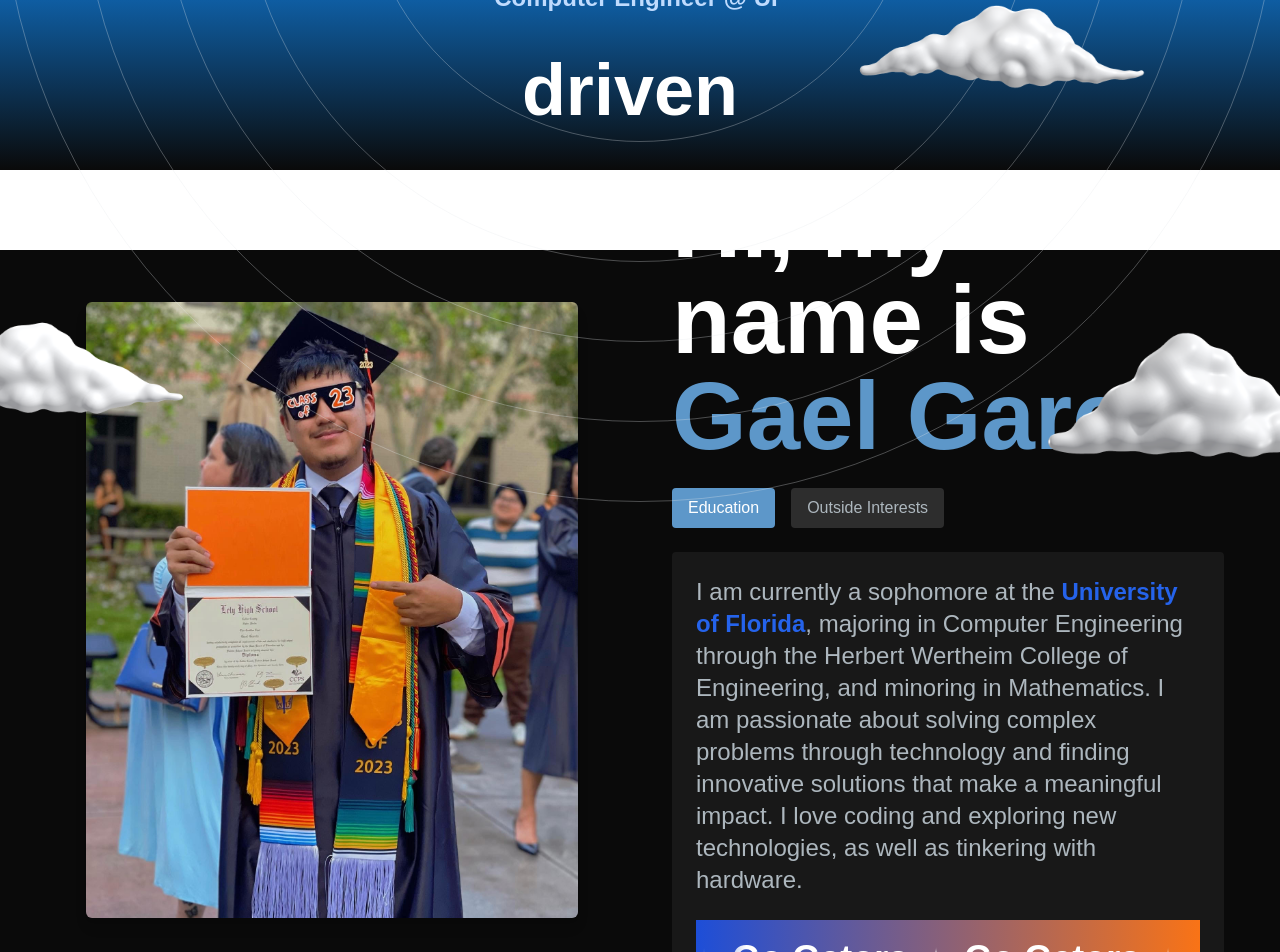
Repository: GG1627/2d-portfolio
Page: /
The author's editor kept a copy of each file at every save. The page is drawn from the files as they stood at one save, then again after the next save.
The browser window is 1280 px wide. The pictures show the part of the page from y = 550 to 1502 px (the page is 5640 px tall).
The project was rebuilt for these pictures with package versions that can differ from the ones it lists, and the page was loaded fresh each time. The framework's server and built-in components were replaced by stand-ins that run in the browser. Also part of the build but not shown: next.config.ts.

Above is the page before, as saved 2025-01-08 13:22:52.

### app/page.tsx
import { Hero } from "./sections/Hero";
import { Stack } from "./sections/Stack";
import { Projects } from "./sections/Projects";
import { Navbar } from "./sections/Navbar";
import About from "./sections/About";
import { Contact } from "./sections/Contact";

export default function Home() {
  return (
    <div>
      <Navbar />
      <Hero />
      <About />
      <Projects />
      <Stack />
      <Contact />
    </div>
  );
}

### app/globals.css
@tailwind base;
@tailwind components;
@tailwind utilities;

:root {
  --background: #ffffff;
  --foreground: #171717;
}

@media (prefers-color-scheme: dark) {
  :root {
    --background: #0a0a0a;
    --foreground: #ededed;
  }
}

body {
  color: var(--foreground);
  background: var(--background);
  font-family: Arial, Helvetica, sans-serif;
}

/* Custom Animation for Sliding Text */
@keyframes move-left {
  0% {
    transform: translateX(0%);
  }
  100% {
    transform: translateX(-50%);
  }
}

.animate-slide-left {
  animation: move-left 10s linear infinite;
}

### app/sections/Hero.tsx
"use client";
import Image from "next/image";
import { TypeAnimation } from "react-type-animation";
import React from "react";
import ParallaxClouds from "../components/Clouds";
import Avatar from "./../assets/avatar.png";

export const Hero = () => {
  return (
    <div
      style={{
        background:
          "linear-gradient(180deg, #557BAD, #8BAAC4, #5D97C9, #0F62AB, #0a0a0a)",
      }}
      className="overflow-x-clip min-h-screen pb-2 flex items-center justify-center relative"
    >
      <div className="container mx-auto space-y-10 flex items-center justify-center flex-col text-center">
        <div className="w-[320px] h-[320px] rounded-full overflow-hidden bg-slate-200">
          <Image
            src={Avatar}
            alt="avatar"
            className="object-cover"
            width={320}
            height={320}
          />
        </div>
        <h1 className="text-blue-200 font-extrabold text-8xl">Hi, I'm Gael!</h1>
        <p className="text-blue-200 text-2xl font-semibold max-w-[500px]">
          Computer Engineer @ UF
        </p>
        <TypeAnimation
          className="text-7xl text-white inline-block font-extrabold"
          wrapper="h1"
          cursor={true}
          repeat={Infinity}
          sequence={[
            "leader",
            1000,
            "creative",
            1000,
            "passionate",
            1000,
            "driven",
            1000,
            "adaptable",
            1000,
            "ambitious",
            1000,
          ]}
        />
        <ParallaxClouds />
      </div>
    </div>
  );
};

### app/sections/Stack.tsx
"use client";
import React, { useEffect } from "react";
import {
  SiReact,
  SiNodedotjs,
  SiCplusplus,
  SiPython,
  SiThreedotjs,
  SiNextdotjs,
  SiFirebase,
  SiRedux,
  SiJavascript,
  SiTypescript,
} from "react-icons/si";
import { motion, useAnimation } from "framer-motion";
import { useInView } from "react-intersection-observer";

const stackItems = [
  {
    id: 1,
    name: "C++",
    icon: <SiCplusplus size={100} />,
    color: "text-sky-400",
  },
  {
    id: 2,
    name: "Python",
    icon: <SiPython size={100} />,
    color: "text-sky-400",
  },
  {
    id: 3,
    name: "JavaScript",
    icon: <SiJavascript size={100} />,
    color: "text-sky-400",
  },
  {
    id: 4,
    name: "TypeScript",
    icon: <SiTypescript size={100} />,
    color: "text-sky-400",
  },
  {
    id: 5,
    name: "React",
    icon: <SiReact size={100} />,
    color: "text-sky-400",
  },
  {
    id: 6,
    name: "Node.js",
    icon: <SiNodedotjs size={100} />,
    color: "text-sky-400",
  },
  {
    id: 7,
    name: "Three.js",
    icon: <SiThreedotjs size={100} />,
    color: "text-sky-400",
  },
  {
    id: 8,
    name: "Next.js",
    icon: <SiNextdotjs size={100} />,
    color: "text-sky-400",
  },
  {
    id: 9,
    name: "Firebase",
    icon: <SiFirebase size={100} />,
    color: "text-sky-400",
  },
  {
    id: 10,
    name: "Redux",
    icon: <SiRedux size={100} />,
    color: "text-sky-400",
  },
];

const itemVariants = {
  hidden: (index: number) => ({
    opacity: 0,
    x: index % 2 === 0 ? -100 : 100,
  }),
  visible: {
    opacity: 1,
    x: 0,
    transition: {
      duration: 3,
    },
  },
};

export const Stack = () => {
  const controls = useAnimation();
  const [ref, inView] = useInView({
    threshold: 0.1,
  });

  useEffect(() => {
    if (inView) {
      controls.start("visible");
    } else {
      controls.start("hidden");
    }
  }, [controls, inView]);

  return (
    <section className="">
      <div className=" max-w-[250px] mx-auto text-center">
        <h2 className="text-7xl text-gray-200 font-bold mb-10">My Stack</h2>
        <div className="grid gap-8" ref={ref}>
          {stackItems.map((item, index) => (
            <motion.div
              key={item.id}
              custom={index}
              initial="hidden"
              animate={controls}
              variants={itemVariants}
              className="bg-white/10 flex justify-center items-center flex-row rounded-xl shadow-lg p-4 hover:shadow-2xl"
            >
              <div className={`mb-4 ${item.color}`}>{item.icon}</div>
              <p className="text-white/20 text-3xl transform rotate-[-90deg]">
                {item.name}
              </p>
            </motion.div>
          ))}
        </div>
      </div>
    </section>
  );
};

### app/sections/Projects.tsx
import React from "react";
import ProjectCard from "../components/ProjectCard";

const projectsData = [
  {
    id: 1,
    title: "3D Portfolio",
    description:
      "An immersive, fully interactive 3D portfolio that seamlessly integrates 2D elements, providing a dynamic and engaging experience for users to explore the app in a visually compelling environment.",
    image: "images/netflix.png",
    tag: ["All", "Web"],
    gitUrl: "/",
    previewUrl: "/",
    tools: [
      "TypeScript",
      "React",
      "React-Three-Fiber",
      "Three.js",
      "GSAP",
      "HTML",
      "CSS",
    ],
  },
  {
    id: 2,
    title: "2D Portfolio",
    description:
      "A dynamic portfolio featuring engaging animations, designed to serve as a 2D component within my 3D portfolio project.",
    image: "images/netflix.png",
    tag: ["All", "Web"],
    gitUrl: "/",
    previewUrl: "/",
    tools: [
      "TypeScript",
      "React",
      "Next.js",
      "Framer Motion",
      "Parallax",
      "HTML",
      "Tailwind CSS",
      "Vercel",
    ],
  },
  {
    id: 3,
    title: "Netflix Clone",
    description:
      "Developed a fully functional Netflix clone with user authentication, movie browsing, subscription management, and recurring payments, delivering an immersive streaming experience.",
    image: "images/netflix.png",
    tag: ["All", "Web"],
    gitUrl: "https://github.com/GG1627/Netflix-clone",
    previewUrl: "https://movieappv2-8361c.web.app/",
    tools: [
      "JavaScript",
      "React",
      "Redux",
      "Firebase",
      "Stripe",
      "API",
      "HTML",
      "CSS",
    ],
  },
  {
    id: 4,
    title: "Game Twin",
    description:
      "Developed a web application that uses Quick Sort and Cocktail Sort algorithms to provide personalized video game recommendations based on parameters such as Metacritic ratings and achievements, leveraging a dataset of over 470,000 games.",
    image: "images/gameTwin.png",
    tag: ["All", "Web"],
    gitUrl: "https://github.com/GG1627/Game-Twin",
    previewUrl: "https://game-twin.onrender.com/",
    tools: ["C++", "Python", "Django", "Flask", "HTML", "CSS"],
  },
  {
    id: 5,
    title: "Manim Data Structures",
    description:
      "Collaborating on an open-source project to develop a Python plugin with the Manim library for animating and visualizing data structures, enhancing the understanding of complex algorithms.",
    image: "images/manim.png",
    tag: ["All", "Web"],
    gitUrl: "https://github.com/ufosc/manim-data-structures",
    previewUrl: "",
    tools: ["Python", "Manim", "Mobjects"],
  },
  {
    id: 6,
    title: "Minesweeper",
    description:
      "Recreated the classic Minesweeper game with full functionality, including a timer, mine count, flag placement, and leaderboard, offering an engaging and complete user experience.",
    image: "images/minesweeper.png",
    tag: ["All", "Web"],
    gitUrl: "https://github.com/GG1627/MineSweeper",
    previewUrl: "",
    tools: ["C++", "SFML", "Chronos"],
  },
];

export const Projects = () => {
  return (
    <>
      <h2 className="text-center text-6xl font-bold text-[#5D97C9] mt-4 mb-10">
        My Projects
      </h2>
      <div className="grid md:grid-cols-3 gap-8 md:gap-12 px-10">
        {projectsData.map((project) => (
          <ProjectCard
            key={project.id}
            title={project.title}
            description={project.description}
            imgUrl={project.image}
            gitUrl={project.gitUrl}
            previewUrl={project.previewUrl}
            tools={project.tools}
          />
        ))}
      </div>
    </>
  );
};

### app/sections/Navbar.tsx
"use client";
import React, { useState } from "react";
import { AiOutlineMenu, AiOutlineClose } from "react-icons/ai";
import { motion } from "framer-motion";

const navLinks = [
  { title: "About", path: "#about" },
  { title: "Projects", path: "#Projects" },
  { title: "Stack", path: "#Stack" },
  { title: "Contact", path: "#Contact" },
];

export const Navbar = () => {
  const [nav, setNav] = useState(false);

  const toggleNav = () => {
    setNav(!nav);
  };

  const closeNav = () => {
    setNav(false);
  };

  const menuVariants = {
    open: {
      x: 0,
      transition: {
        stiffness: 20,
        damping: 15,
      },
    },
    close: {
      x: "-100%",
      transition: {
        stiffness: 20,
        damping: 15,
      },
    },
  };

  return (
    <div className="z-50 fixed left-[40%] text-white font-bold">
      <div className="border border-white/20 mt-12 backdrop-blur-xl rounded-3xl hidden md:flex items-center justify-center p-2 max-w-[400px] mx-auto">
        <ul className="flex flex-row p-2 space-x-8">
          {navLinks.map((link, index) => (
            <li key={index}>
              <a
                href={link.path}
                className="transform hover:skew-x-12 hover:text-white/50 transition-all duration-300 ease-in-out"
              >
                {link.title}
              </a>
            </li>
          ))}
        </ul>
      </div>

      <div
        onClick={toggleNav}
        className="z-50 md:hidden absolute top-5 left-5 border rounded text-white/70 border-white/70 p-2"
      >
        {nav ? <AiOutlineClose size={30} /> : <AiOutlineMenu size={30} />}
      </div>

      <motion.div
        initial={false}
        animate={nav ? "open" : "closed"}
        variants={menuVariants}
        className="fixed left-0 top-0 w-full h-full bg-black/90 hidden md:hidden"
      >
        <ul className="flex flex-col items-center justify-center space-y-8 h-full">
          {navLinks.map((link, index) => (
            <li key={index}>
              <a href={link.path} onClick={closeNav} className="text-5xl">
                {link.title}
              </a>
            </li>
          ))}
        </ul>
      </motion.div>
    </div>
  );
};

### app/sections/About.tsx
"use client";
import React, { Fragment, useState } from "react";
import StarIcon from "../assets/star.svg";

const About: React.FC = () => {
  const slidingText = [
    "Go Gators",
    "Go Gators",
    "Go Gators",
    "Go Gators",
    "Go Gators",
    "Go Gators",
    "Go Gators",
  ];

  const [activeTab, setActiveTab] = useState<"education" | "interests">(
    "education"
  );

  const handleTabClick = (tab: "education" | "interests") => {
    setActiveTab(tab);
  };

  return (
    <div className="h-screen flex flex-col md:flex-row p-6 bg-[#0a0a0a] text-white mt-20">
      {/* Left Section: Profile Picture */}
      <div className="flex-grow md:flex-grow-0 md:basis-1/2 flex items-center justify-center">
        <img
          src="/images/pic.jpg"
          alt="Gael's Picture"
          className="w-[90%] h-auto md:w-[80%] md:h-auto rounded-md object-cover shadow-lg"
        />
      </div>

      {/* Right Section: Content */}
      <div className="flex-grow md:basis-1/2 flex flex-col justify-center items-start p-8">
        {/* Greeting */}
        <h1 className="text-8xl font-bold mb-6">
          Hi, my name is
          <span className="text-[#5D97C9]"> Gael Garcia</span>
        </h1>

        {/* Tabs */}
        <div className="flex space-x-4 mb-6 ">
          <button
            className={`px-4 py-2 rounded ${
              activeTab === "education"
                ? "bg-[#5D97C9] text-white"
                : "bg-[#2D2D2D] text-[#ADB7BE]"
            }`}
            onClick={() => handleTabClick("education")}
          >
            Education
          </button>
          <button
            className={`px-4 py-2 rounded ${
              activeTab === "interests"
                ? "bg-[#5D97C9] text-white"
                : "bg-[#2D2D2D] text-[#ADB7BE]"
            }`}
            onClick={() => handleTabClick("interests")}
          >
            Outside Interests
          </button>
        </div>

        {/* Tab Content */}
        <div className="p-6 rounded bg-[#181818] w-full">
          {activeTab === "education" ? (
            <div>
              <p className="text-[#ADB7BE] text-2xl">
                I am currently a sophomore at the{" "}
                <span className="text-blue-600 font-semibold">
                  University of Florida
                </span>
                , majoring in Computer Engineering through the Herbert Wertheim
                College of Engineering, and minoring in Mathematics. I am
                passionate about solving complex problems through technology and
                finding innovative solutions that make a meaningful impact. I
                love coding and exploring new technologies, as well as tinkering
                with hardware.
              </p>

              <div className="py-6">
                <div className="bg-gradient-to-r from-blue-700 to-orange-500 overflow-x-clip">
                  <div
                    className="flex"
                    style={{
                      WebkitMaskImage:
                        "linear-gradient(to right, transparent, black 10%, black 90%, transparent)",
                      maskImage:
                        "linear-gradient(to right, transparent, black 10%, black 90%, transparent)",
                    }}
                  >
                    <div className="flex-none py-4 animate-move-left">
                      {[...new Array(2)].fill(0).map((_, idx) => (
                        <Fragment key={idx}>
                          {slidingText.map((text, index) => (
                            <div
                              key={index}
                              className="inline-flex items-center justify-center"
                            >
                              <span
                                key={index}
                                className="text-white font-semibold text-4xl leading-tight"
                              >
                                {text}
                              </span>
                              <StarIcon className="size-6 text-white ml-4 mr-4" />
                            </div>
                          ))}
                        </Fragment>
                      ))}
                    </div>
                  </div>
                </div>
              </div>
            </div>
          ) : (
            <div>
              <p className="text-[#ADB7BE] text-xl">
                Outside of my studies, I enjoy playing pickleball, eating tacos,
                and watching soccer. Music is a big part of my life, and I love
                discovering new songs and artists that match my mood. Spending
                quality time with friends and family is also something I deeply
                value, whether it's sharing a meal, watching a game, or just
                catching up on life.
              </p>
            </div>
          )}
        </div>
      </div>
    </div>
  );
};

export default About;

### app/sections/Contact.tsx
export const Contact = () => {
  return <div className="w-full h-screen">Contact</div>;
};

### app/components/ProjectCard.tsx
"use client";
import React from "react";
import { CodeBracketIcon, EyeIcon } from "@heroicons/react/24/outline";
import Link from "next/link";

interface ProjectCardProps {
  imgUrl: string;
  title: string;
  description: string;
  gitUrl: string;
  previewUrl: string;
  tools: string[]; // tools as an array of strings
}

const ProjectCard: React.FC<ProjectCardProps> = ({
  imgUrl,
  title,
  description,
  gitUrl,
  previewUrl,
  tools,
}) => {
  return (
    <div>
      <div
        className="h-52 md:h-72 rounded-t-xl relative group"
        style={{ background: `url(${imgUrl})`, backgroundSize: "cover" }}
      >
        <div className="overlay items-center justify-center absolute top-0 left-0 w-full h-full bg-[#181818] bg-opacity-0 hidden group-hover:flex group-hover:bg-opacity-80 transition-all duration-500">
          <Link
            href={gitUrl}
            className="h-14 mr-2 w-14 border-2 relative rounded-full border-[#ADB7BE] hover:border-white group/link"
          >
            <CodeBracketIcon className="h-10 w-10 text-[#ADB7BE] absolute top-1/2 left-1/2 transform -translate-x-1/2 -translate-y-1/2 cursor-pointer group-hover/link:text-white" />
          </Link>
          {previewUrl && (
            <Link
              href={previewUrl}
              className="h-14 w-14 border-2 relative rounded-full border-[#ADB7BE] hover:border-white group/link"
            >
              <EyeIcon className="h-10 w-10 text-[#ADB7BE] absolute top-1/2 left-1/2 transform -translate-x-1/2 -translate-y-1/2 cursor-pointer group-hover/link:text-white" />
            </Link>
          )}
        </div>
      </div>
      <div className="text-white rounded-b-xl mt-2 bg-[#0a0a0a] py-6 px-4">
        <h5 className="text-xl font-semibold mb-2 text-[#5D97C9]">{title}</h5>
        <p className="text-[#ADB7BE]">{description}</p>
        {/* Tools section */}
        <div className="mt-4">
          <h6 className="text-[#ADB7BE] font-semibold mb-2">Tools Used:</h6>
          <div className="flex flex-wrap gap-2">
            {tools.map((tool, index) => (
              <span
                key={index}
                className="bg-[#5D97C9] bg-opacity-[10%] text-[#5D97C9] px-4 py-1 rounded-full text-sm"
              >
                {tool}
              </span>
            ))}
          </div>
        </div>
      </div>
    </div>
  );
};

export default ProjectCard;

### app/components/Circles.tsx
export const Circles = () => {
  return (
    <>
      <div className="aspect-square absolute opacity-30 top-1/2 left-1/2 w-[60rem] border rounded-full -translate-x-1/2 -translate-y-1/2"></div>
      <div className="aspect-square absolute opacity-30 top-1/2 left-1/2 w-[50rem] border rounded-full -translate-x-1/2 -translate-y-1/2"></div>
      <div className="aspect-square absolute opacity-30 top-1/2 left-1/2 w-[35rem] border rounded-full -translate-x-1/2 -translate-y-1/2"></div>
      {/* <div className="aspect-square absolute opacity-30 top-1/2 left-1/2 w-[20rem] border rounded-full -translate-x-1/2 -translate-y-1/2"></div> */}
      <div className="aspect-square absolute opacity-30 top-1/2 left-1/2 w-[70rem] border rounded-full -translate-x-1/2 -translate-y-1/2"></div>
      <div className="aspect-square absolute opacity-30 top-1/2 left-1/2 w-[80rem] border rounded-full -translate-x-1/2 -translate-y-1/2"></div>
    </>
  );
};

### tailwind.config.ts
import type { Config } from "tailwindcss";

export default {
  content: [
    "./pages/**/*.{js,ts,jsx,tsx,mdx}",
    "./components/**/*.{js,ts,jsx,tsx,mdx}",
    "./app/**/*.{js,ts,jsx,tsx,mdx}",
  ],
  theme: {
    extend: {
      colors: {
        background: "var(--background)",
        foreground: "var(--foreground)",
      },
      animation: {
        "move-left": "move-left 10s linear infinite",
      },

      keyframes: {
        "move-left": {
          "0%": {
            transform: "translateX(0%)",
          },
          "100%": {
            transform: "translateX(-50%)",
          },
        },
      },
    },
    screens: {
      sm: "640px",
      md: "768px",
      lg: "1024px",
      xl: "1280px",
    },
  },
  plugins: [],
} satisfies Config;

Loaded but not shown: app/layout.tsx (common file); app/components/Clouds.tsx (129 lines, source omitted)

After the next save:
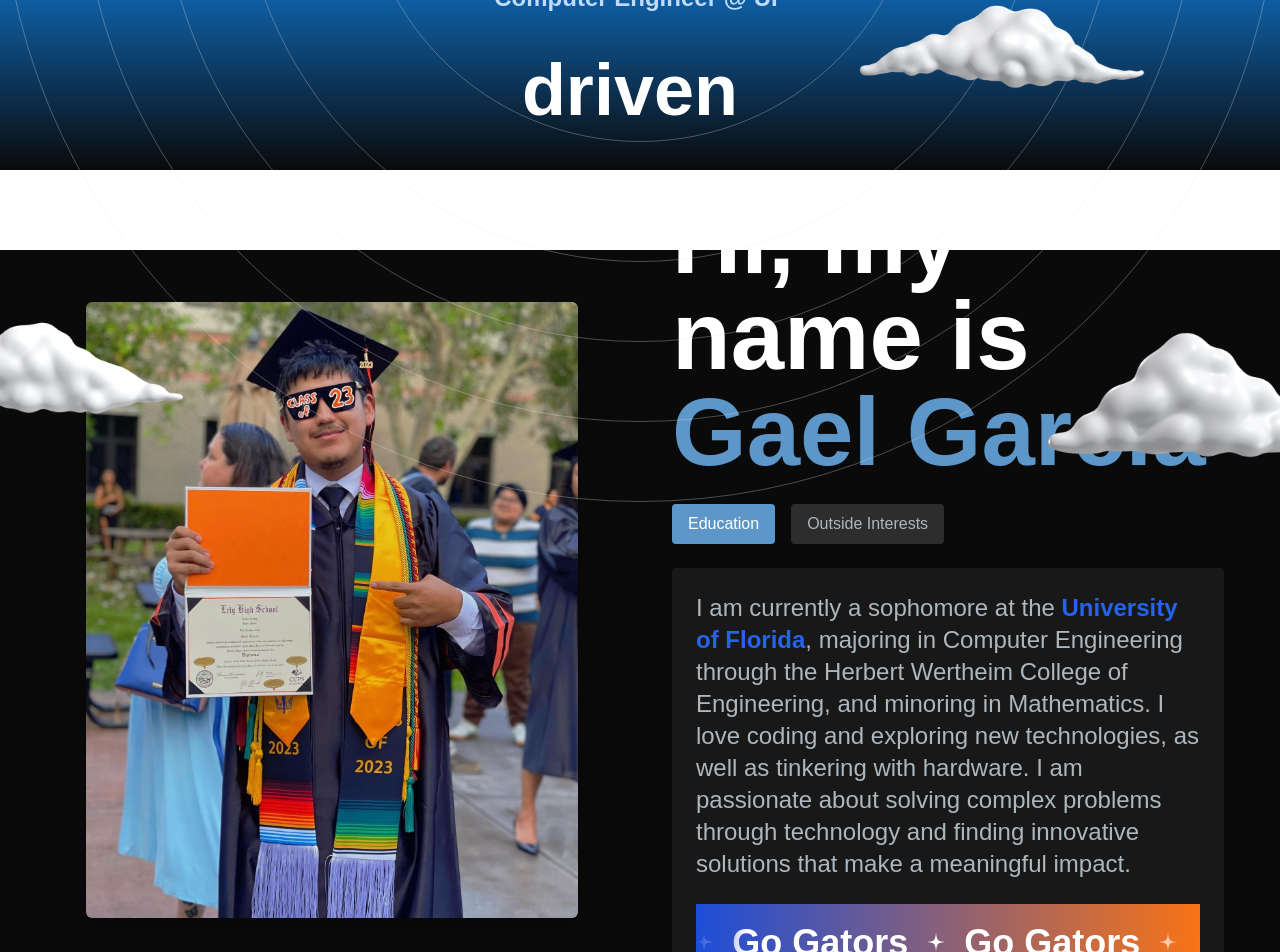
Saved 34 s later.
--- a/app/sections/About.tsx
+++ b/app/sections/About.tsx
@@ -74,11 +74,11 @@
                   University of Florida
                 </span>
                 , majoring in Computer Engineering through the Herbert Wertheim
-                College of Engineering, and minoring in Mathematics. I am
-                passionate about solving complex problems through technology and
-                finding innovative solutions that make a meaningful impact. I
-                love coding and exploring new technologies, as well as tinkering
-                with hardware.
+                College of Engineering, and minoring in Mathematics. I love
+                coding and exploring new technologies, as well as tinkering with
+                hardware. I am passionate about solving complex problems through
+                technology and finding innovative solutions that make a
+                meaningful impact.
               </p>
 
               <div className="py-6">
